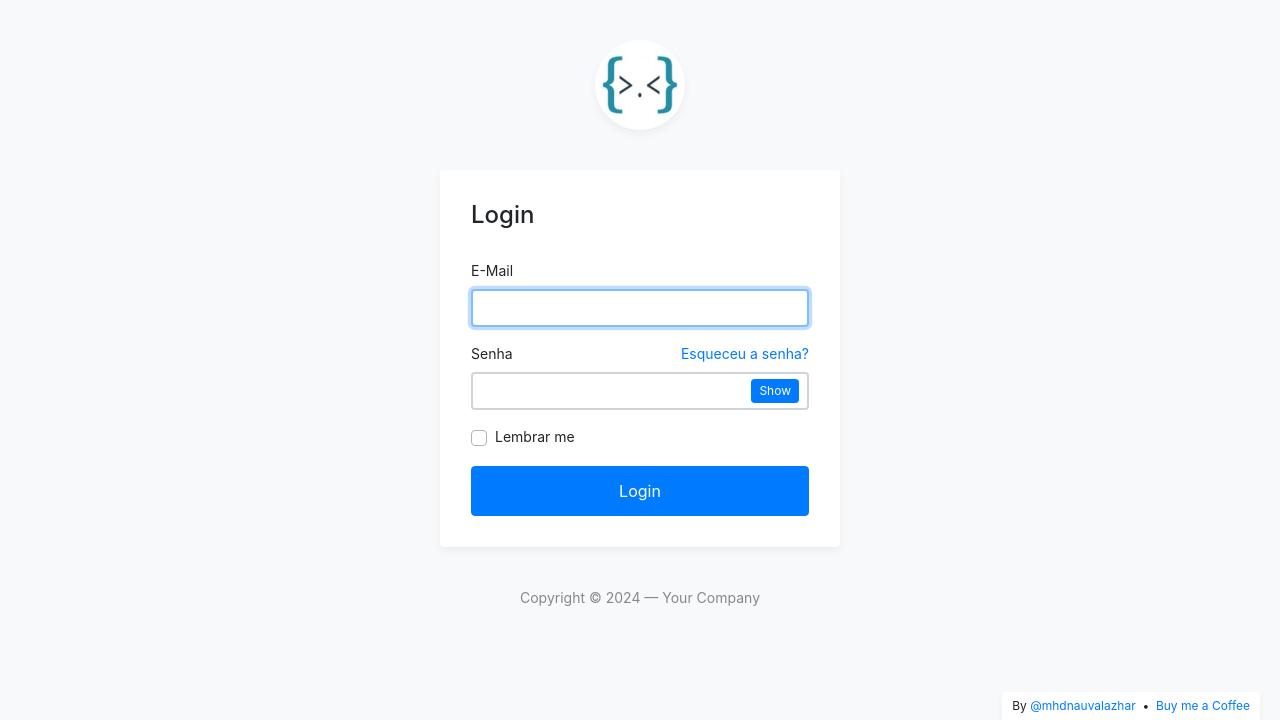
Repository: henrickrufino91/AgendaConsultas
Page: http://localhost/home/login
These files come from the project's save history. The page is drawn as it stood at one moment and after the next save; the edit follows.
The browser window is 1280 px wide. The pictures show the whole page.
The page is this project's Thymeleaf template; nobody is signed in. The template is opened directly, without the code that normally fills it, so the values that code supplies are empty.

Above is the page before, as saved 2024-12-26 13:10:07.

### clinica/src/main/resources/templates/home/login.html
<!DOCTYPE html>
<html lang="en">
<head>
	<meta charset="utf-8">
	<meta name="author" content="Kodinger">
	<meta name="viewport" content="width=device-width,initial-scale=1">
	<title>Login</title>
	<link rel="stylesheet" href="https://stackpath.bootstrapcdn.com/bootstrap/4.3.1/css/bootstrap.min.css" integrity="sha384-ggOyR0iXCbMQv3Xipma34MD+dH/1fQ784/j6cY/iJTQUOhcWr7x9JvoRxT2MZw1T" crossorigin="anonymous">
	<link rel="stylesheet" type="text/css" href="css/my-login.css">
</head>

<body class="my-login-page">
	<section class="h-100">
		<div class="container h-100">
			<div class="row justify-content-md-center h-100">
				<div class="card-wrapper">
					<div class="brand">
						<img src="img/logo.jpg" alt="logo">
					</div>
					<div class="card fat">
						<div class="card-body">
							<h4 class="card-title">Login</h4>
							<form method="POST" class="my-login-validation" novalidate="">
								<div class="form-group">
									<label for="email">E-Mail</label>
									<input id="email" type="email" class="form-control" name="email" value="" required autofocus>
									<div class="invalid-feedback">
										Email inválido
									</div>
								</div>

								<div class="form-group">
									<label for="password">Senha
										<a href="forgot.html" class="float-right">
											Esqueceu a senha?
										</a>
									</label>
									<input id="password" type="password" class="form-control" name="password" required data-eye>
								    <div class="invalid-feedback">
								    	É necessário a senha
							    	</div>
								</div>

								<div class="form-group">
									<div class="custom-checkbox custom-control">
										<input type="checkbox" name="remember" id="remember" class="custom-control-input">
										<label for="remember" class="custom-control-label">Lembrar me</label>
									</div>
								</div>

								<div class="form-group m-0">
									<button type="submit" class="btn btn-primary btn-block">
										Login
									</button>
								</div>

							</form>
						</div>
					</div>
					<div class="footer">
						Copyright &copy; 2024 &mdash; Your Company
					</div>
				</div>
			</div>
		</div>
	</section>

	<script src="https://code.jquery.com/jquery-3.3.1.slim.min.js" integrity="sha384-q8i/X+965DzO0rT7abK41JStQIAqVgRVzpbzo5smXKp4YfRvH+8abtTE1Pi6jizo" crossorigin="anonymous"></script>
	<script src="https://cdnjs.cloudflare.com/ajax/libs/popper.js/1.14.7/umd/popper.min.js" integrity="sha384-UO2eT0CpHqdSJQ6hJty5KVphtPhzWj9WO1clHTMGa3JDZwrnQq4sF86dIHNDz0W1" crossorigin="anonymous"></script>
	<script src="https://stackpath.bootstrapcdn.com/bootstrap/4.3.1/js/bootstrap.min.js" integrity="sha384-JjSmVgyd0p3pXB1rRibZUAYoIIy6OrQ6VrjIEaFf/nJGzIxFDsf4x0xIM+B07jRM" crossorigin="anonymous"></script>
	<script src="js/my-login.js"></script>
</body>
</html>

### clinica/src/main/resources/static/css/my-login.css
html,body {
	height: 100%;
}

body.my-login-page {
	background-color: #f7f9fb;
	font-size: 14px;
}

.my-login-page .brand {
	width: 90px;
	height: 90px;
	overflow: hidden;
	border-radius: 50%;
	margin: 40px auto;
	box-shadow: 0 4px 8px rgba(0,0,0,.05);
	position: relative;
	z-index: 1;
}

.my-login-page .brand img {
	width: 100%;
}

.my-login-page .card-wrapper {
	width: 400px;
}

.my-login-page .card {
	border-color: transparent;
	box-shadow: 0 4px 8px rgba(0,0,0,.05);
}

.my-login-page .card.fat {
	padding: 10px;
}

.my-login-page .card .card-title {
	margin-bottom: 30px;
}

.my-login-page .form-control {
	border-width: 2.3px;
}

.my-login-page .form-group label {
	width: 100%;
}

.my-login-page .btn.btn-block {
	padding: 12px 10px;
}

.my-login-page .footer {
	margin: 40px 0;
	color: #888;
	text-align: center;
}

@media screen and (max-width: 425px) {
	.my-login-page .card-wrapper {
		width: 90%;
		margin: 0 auto;
	}
}

@media screen and (max-width: 320px) {
	.my-login-page .card.fat {
		padding: 0;
	}

	.my-login-page .card.fat .card-body {
		padding: 15px;
	}
}

### clinica/src/main/resources/static/js/my-login.js
/******************************************
 * My Login
 *
 * Bootstrap 4 Login Page
 *
 * @author          Muhamad Nauval Azhar
 * @uri 			https://nauval.in
 * @copyright       Copyright (c) 2018 Muhamad Nauval Azhar
 * @license         My Login is licensed under the MIT license.
 * @github          https://github.com/nauvalazhar/my-login
 * @version         1.2.0
 *
 * Help me to keep this project alive
 * https://www.buymeacoffee.com/mhdnauvalazhar
 *
 ******************************************/

'use strict';

$(function() {

	// author badge :)
	var author = '<div style="position: fixed;bottom: 0;right: 20px;background-color: #fff;box-shadow: 0 4px 8px rgba(0,0,0,.05);border-radius: 3px 3px 0 0;font-size: 12px;padding: 5px 10px;">By <a href="https://twitter.com/mhdnauvalazhar">@mhdnauvalazhar</a> &nbsp;&bull;&nbsp; <a href="https://www.buymeacoffee.com/mhdnauvalazhar">Buy me a Coffee</a></div>';
	$("body").append(author);

	$("input[type='password'][data-eye]").each(function(i) {
		var $this = $(this),
			id = 'eye-password-' + i,
			el = $('#' + id);

		$this.wrap($("<div/>", {
			style: 'position:relative',
			id: id
		}));

		$this.css({
			paddingRight: 60
		});
		$this.after($("<div/>", {
			html: 'Show',
			class: 'btn btn-primary btn-sm',
			id: 'passeye-toggle-'+i,
		}).css({
				position: 'absolute',
				right: 10,
				top: ($this.outerHeight() / 2) - 12,
				padding: '2px 7px',
				fontSize: 12,
				cursor: 'pointer',
		}));

		$this.after($("<input/>", {
			type: 'hidden',
			id: 'passeye-' + i
		}));

		var invalid_feedback = $this.parent().parent().find('.invalid-feedback');

		if(invalid_feedback.length) {
			$this.after(invalid_feedback.clone());
		}

		$this.on("keyup paste", function() {
			$("#passeye-"+i).val($(this).val());
		});
		$("#passeye-toggle-"+i).on("click", function() {
			if($this.hasClass("show")) {
				$this.attr('type', 'password');
				$this.removeClass("show");
				$(this).removeClass("btn-outline-primary");
			}else{
				$this.attr('type', 'text');
				$this.val($("#passeye-"+i).val());
				$this.addClass("show");
				$(this).addClass("btn-outline-primary");
			}
		});
	});

	$(".my-login-validation").submit(function() {
		var form = $(this);
        if (form[0].checkValidity() === false) {
          event.preventDefault();
          event.stopPropagation();
        }
		form.addClass('was-validated');
	});
});

After the next save:
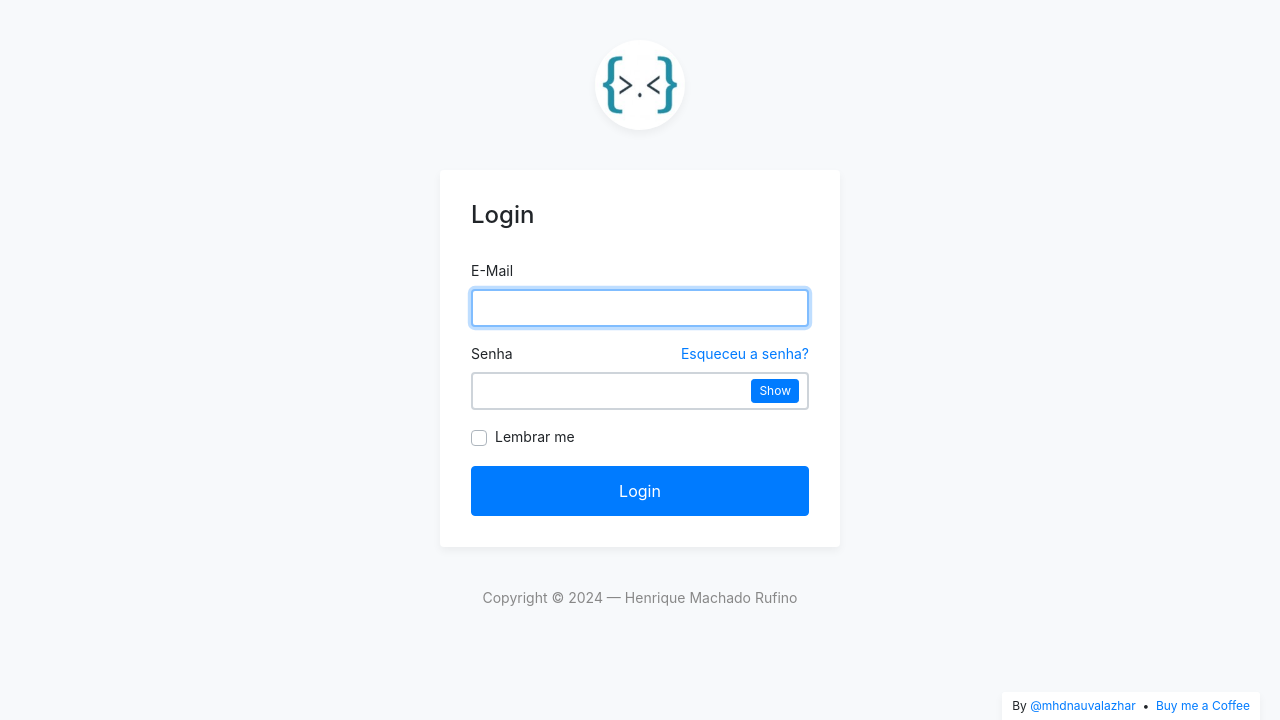
Saved 12 s later.
--- a/clinica/src/main/resources/templates/home/login.html
+++ b/clinica/src/main/resources/templates/home/login.html
@@ -58,7 +58,7 @@
 						</div>
 					</div>
 					<div class="footer">
-						Copyright &copy; 2024 &mdash; Your Company
+						Copyright &copy; 2024 &mdash; Henrique Machado Rufino
 					</div>
 				</div>
 			</div>
